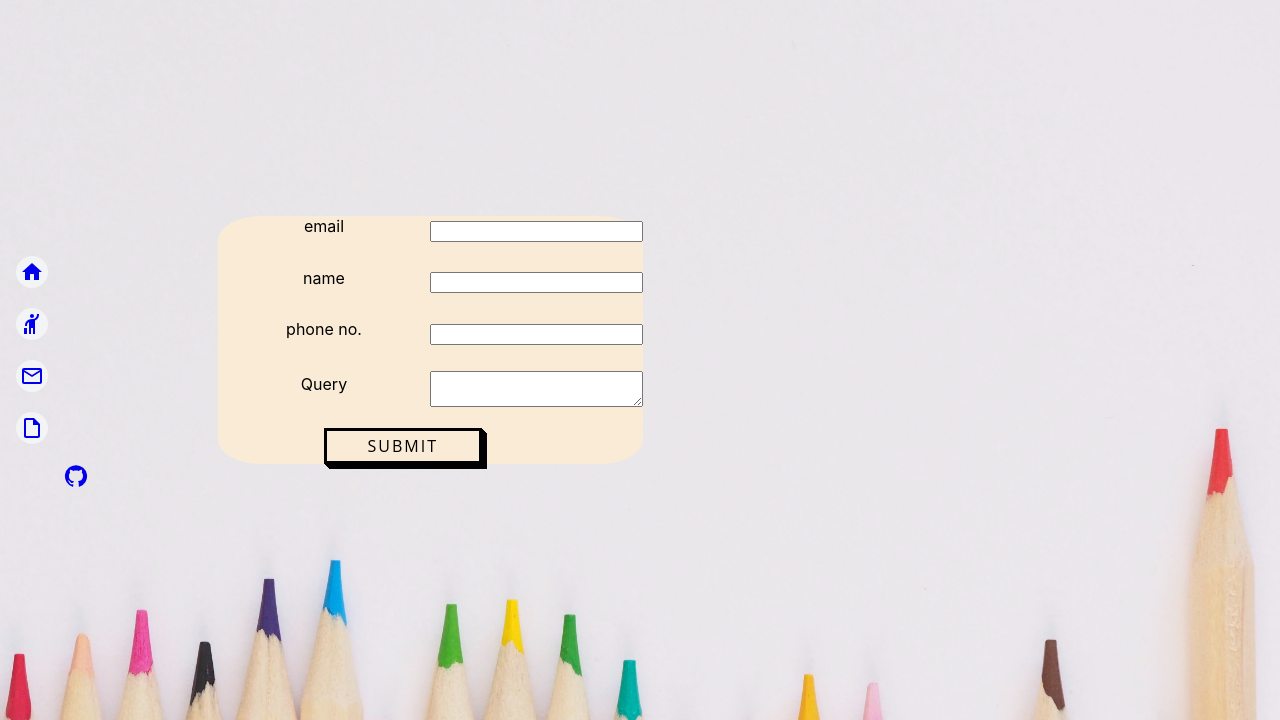
Repository: ujjawalmittal55/portfolio1
Page: /contact
The author's editor kept a copy of each file at every save. The page is drawn from the files as they stood at one save, then again after the next save.
The browser window is 1280 px wide. The pictures show the whole page.
The project was rebuilt for these pictures with package versions that can differ from the ones it lists, and the page was loaded fresh each time. Also part of the build but not shown: src/display.css, src/Display.tsx, src/about.css, src/About.jsx, src/Document.jsx.

Above is the page before, as saved 2022-05-07 10:46:04.

### public/index.html
<!DOCTYPE html>
<html lang="en">
  <head>

    <style>
      @import url('https://fonts.googleapis.com/css2?family=Montserrat:ital,wght@0,100;1,100&family=Source+Code+Pro:wght@300&display=swap');
    </style>
    <meta charset="utf-8" />
    <link rel="icon" href="%PUBLIC_URL%/favicon.ico" />
    <meta name="viewport" content="width=device-width, initial-scale=1" />
    <meta name="theme-color" content="#000000" />
    <meta
      name="description"
      content="Web site created using create-react-app"
    />
    <link rel="apple-touch-icon" href="%PUBLIC_URL%/logo192.png" />
    <!--
      manifest.json provides metadata used when your web app is installed on a
      user's mobile device or desktop. See https://developers.google.com/web/fundamentals/web-app-manifest/
    -->
    <link rel="manifest" href="%PUBLIC_URL%/manifest.json" />
    <!--
      Notice the use of %PUBLIC_URL% in the tags above.
      It will be replaced with the URL of the `public` folder during the build.
      Only files inside the `public` folder can be referenced from the HTML.

      Unlike "/favicon.ico" or "favicon.ico", "%PUBLIC_URL%/favicon.ico" will
      work correctly both with client-side routing and a non-root public URL.
      Learn how to configure a non-root public URL by running `npm run build`.
    -->
    <title>React App</title>
  </head>
  <body>
    <noscript>You need to enable JavaScript to run this app.</noscript>
    <div id="root"></div>
    <!--
      This HTML file is a template.
      If you open it directly in the browser, you will see an empty page.

      You can add webfonts, meta tags, or analytics to this file.
      The build step will place the bundled scripts into the <body> tag.

      To begin the development, run `npm start` or `yarn start`.
      To create a production bundle, use `npm run build` or `yarn build`.
    -->
  </body>
</html>

### src/index.tsx
import React from "react";
import ReactDOM from "react-dom/client";
import "./index.css";
import App from "./App";
import Portfolio from "./Portfolio";
import SideBar from "./SideBar";

import reportWebVitals from "./reportWebVitals";
import { BrowserRouter } from "react-router-dom";

const rootElement = document.getElementById("root");
if (!rootElement) throw new Error("Failed to find the root element");
const root = ReactDOM.createRoot(rootElement);
root.render(
  <React.StrictMode>
    <BrowserRouter>
      <Portfolio />
    </BrowserRouter>
  </React.StrictMode>
);

// If you want to start measuring performance in your app, pass a function
// to log results (for example: reportWebVitals(console.log))
// or send to an analytics endpoint. Learn more: https://bit.ly/CRA-vitals
reportWebVitals();

### src/Portfolio.tsx
import React, { Component } from "react";
import { BrowserRouter, Route, Link, Routes } from "react-router-dom";
import Display from "./Display";
import "./homepage.css";
import SideBar from "./SideBar";
import About from "./About";
import Document from "./Document";
import Contact from "./Contact";
function Portfolio() {
  return (
    <div className="Home">
      <div className="sidebar">
        <SideBar />
      </div>
      <div className="main_content">
        <Routes>
          <Route path="/" element={<Display />} />
          <Route path="/about" element={<About />} />
          <Route path="/contact" element={<Contact />} />
          <Route path="/projects" element={<Display />} />
          <Route path="/resume" element={<Document />} />
        </Routes>
      </div>
    </div>
  );
}

export default Portfolio;

### src/homepage.css
.Home {
  background-image: url("/public/bg.jpg");
  background-size: cover;
  background-repeat: no-repeat;
  display: flex;
}
.main_content {
  flex: 1;
}

### src/SideBar.tsx
import React from "react";
import {
  BrowserRouter as Router,
  Route,
  Link,
  useParams,
  NavLink,
} from "react-router-dom";

import "./sidebar.css";
import HomeIcon from "@mui/icons-material/Home";
import HailIcon from "@mui/icons-material/Hail";
import InsertDriveFileOutlinedIcon from "@mui/icons-material/InsertDriveFileOutlined";
import EmailOutlinedIcon from "@mui/icons-material/EmailOutlined";

function SideBar() {
  return (
    <div>
      <div className="sidebar">
        <ul className="sidebar-items">
          <li className="list">
            <Link to="/">
              <div className="list-div">
                <HomeIcon>home</HomeIcon>
              </div>
            </Link>
          </li>
          <Link to="/about">
            <li className="list">
              <div className="list-div">
                <HailIcon>home</HailIcon>
              </div>
            </li>
          </Link>
          <Link to="/contact">
            <li className="list">
              <div className="list-div">
                <EmailOutlinedIcon>home</EmailOutlinedIcon>
              </div>
            </li>
          </Link>

          <Link to="/resume">
            <li className="list">
              <div className="list-div">
                <InsertDriveFileOutlinedIcon>home</InsertDriveFileOutlinedIcon>
              </div>
            </li>
          </Link>
        </ul>
      </div>
    </div>
  );
}

export default SideBar;

### src/Contact.jsx
import React, { useState } from "react";
import { GitHub } from "@mui/icons-material";
import "./contact.css";
function Contact() {
  const [email, setEmail] = useState("");
  const [name, setName] = useState("");
  const [phone, setPhone] = useState("");
  const [query, setQuery] = useState("");
  const clearState = () => {
    setName("");
    setEmail("");
    setPhone("");
    setQuery("");
  };

  const submit = (e) => {
    e.preventDefault();
    console.log(email);
    clearState();
  };
  return (
    <div>
      <form className="form">
        <span className="elements">email</span>
        <input
          type="email"
          onChange={(e) => setEmail(e.target.value)}
          value={email}
        />
        <span className="elements">name</span>
        <input
          type="text"
          value={name}
          onChange={(e) => setName(e.target.value)}
        />

        <span className="elements">phone no.</span>
        <input
          type="number"
          value={phone}
          onChange={(e) => setPhone(e.target.value)}
        />

        <span className="elements">Query</span>
        <textarea
          maxLength="500"
          initial="wirte your Query"
          value={query}
          onChange={(e) => setQuery(e.target.value)}
        ></textarea>
        <div className="button" onClick={(e) => submit(e)}>
          submit
        </div>
      </form>
      <a href="https://github.com/ujjawalmittal55" target="_blank">
        <GitHub />{" "}
      </a>
    </div>
  );
}

export default Contact;

### src/sidebar.css
.sidebar {
  height: 100%;
  /* background-color: rgb(221, 195, 195) */
}
.sidebar {
  height: 100vh;
  display: grid;
  align-items: center;
  text-align: center;
  text-decoration: none;
}
.sidebar-items {
  padding: 0;
  margin: 1em;
}

.list {
  font-size: 1em;
  margin-bottom: 1.25em;
  list-style-type: none;
  text-align: center;
  text-decoration: none;
  padding: auto;
}

.list-div:hover {
  text-decoration: underline;
  transform: scale(1.25);
  background-color: rgb(126, 128, 247);
}

.list-div {
  display: flex;
  justify-content: center;
  align-items: center;
  text-align: center;
  height: 2em;
  width: 2em;
  background-color: rgb(242, 244, 245);
  border-radius: 50%;
  transition-duration: 0.5s;
}

### src/contact.css
.form {
  background-color: antiquewhite;
  display: grid;
  text-align: center;
  margin-top: 30vh;
  margin-left: 12vw;
  width: 35%;
  grid-template-columns: 1fr 1fr;
  grid-row-gap: 3vh;
  align-content: space-between;
  justify-content: space-between;
  align-items: center;
  border-radius: 10%;
}
.elements {
  margin-bottom: 10px;
}
.button {
  margin-left: 10px;
  grid-column-start: 1;
  grid-column-end: 3;
  width: 30%;
  margin-left: 25%;
  font-family: "Open Sans", sans-serif;
  font-size: 16px;
  letter-spacing: 2px;
  text-decoration: none;
  text-transform: uppercase;
  color: #000;
  cursor: pointer;
  border: 3px solid;
  padding: 0.25em 0.5em;
  box-shadow: 1px 1px 0px 0px, 2px 2px 0px 0px, 3px 3px 0px 0px, 4px 4px 0px 0px,
    5px 5px 0px 0px;
  position: relative;
  user-select: none;
  -webkit-user-select: none;
  touch-action: manipulation;
}

.button:active {
  box-shadow: 0px 0px 0px 0px;
  top: 5px;
  left: 5px;
}

@media (min-width: 768px) {
  .button {
    padding: 0.25em 0.75em;
  }
}

Loaded but not shown: src/index.css (common file); src/reportWebVitals.js (common file)

After the next save:
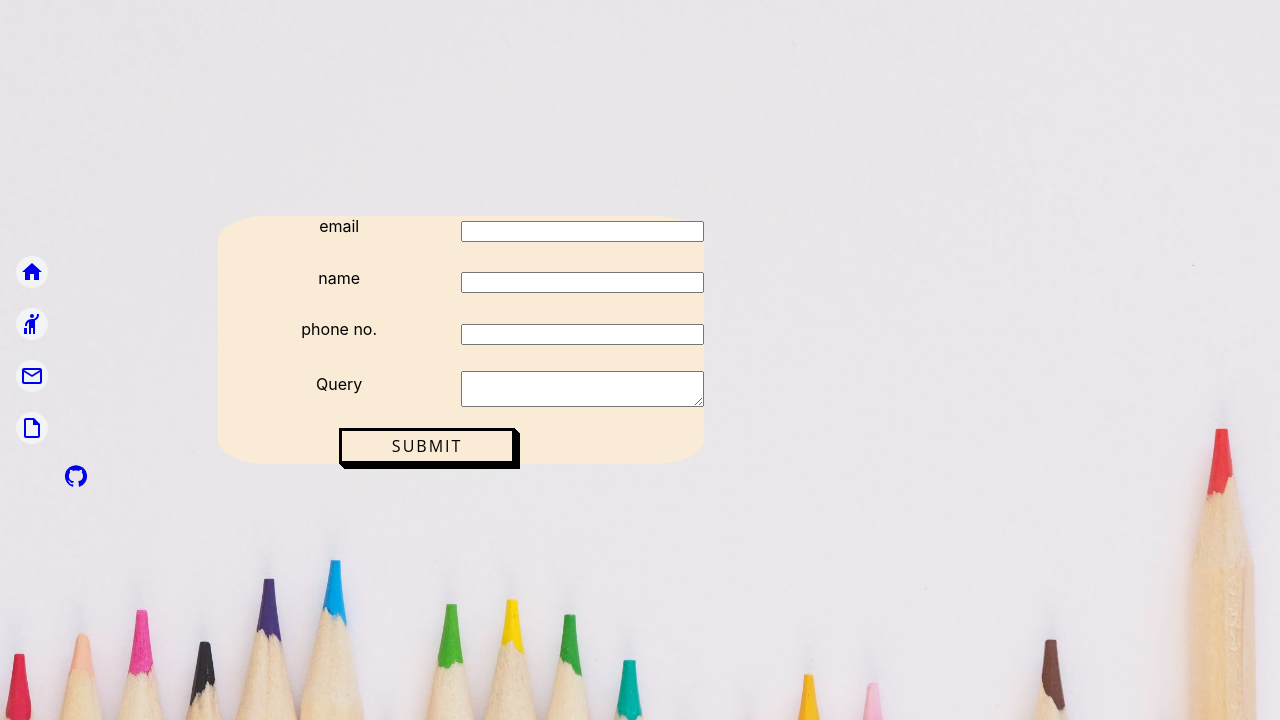
Saved 10 s later.
--- a/src/contact.css
+++ b/src/contact.css
@@ -4,7 +4,7 @@
   text-align: center;
   margin-top: 30vh;
   margin-left: 12vw;
-  width: 35%;
+  width: 40%;
   grid-template-columns: 1fr 1fr;
   grid-row-gap: 3vh;
   align-content: space-between;

After the save that followed:
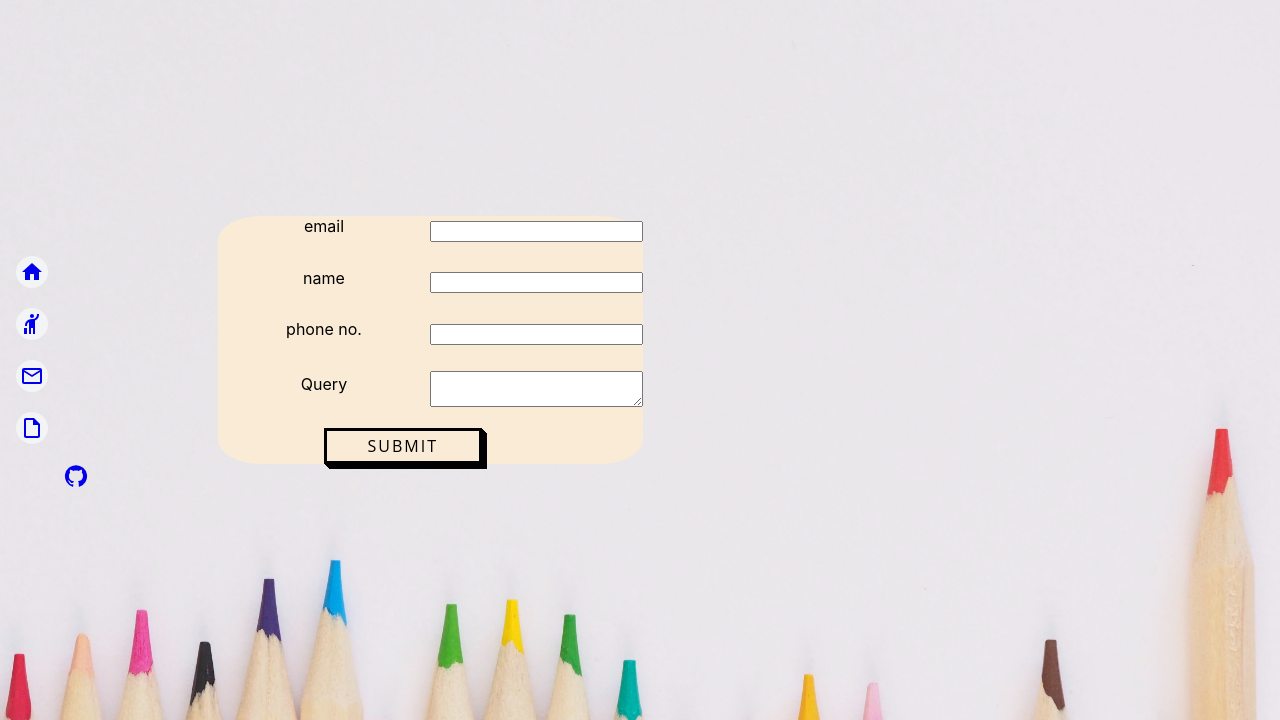
Saved 6 s later.
--- a/src/contact.css
+++ b/src/contact.css
@@ -4,7 +4,7 @@
   text-align: center;
   margin-top: 30vh;
   margin-left: 12vw;
-  width: 40%;
+  width: 35%;
   grid-template-columns: 1fr 1fr;
   grid-row-gap: 3vh;
   align-content: space-between;
